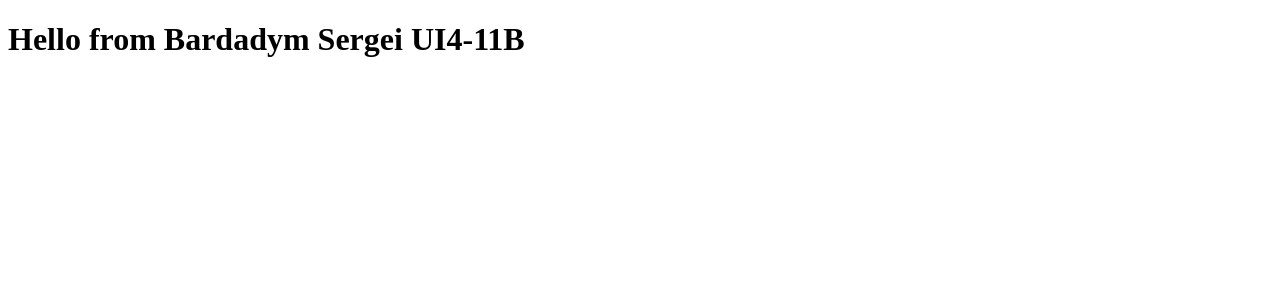
Repository: ktilab/kti-infrastructure
Page: html/index.html
The author's editor kept a copy of each file at every save. The page is drawn from the files as they stood at one save, then again after the next save.
The browser window is 1280 px wide. The pictures show the whole page.

Above is the page before, as saved 2022-12-02 18:26:02.

### html/index.html
<!DOCTYPE html>
<html lang="en">
    <head>
        <meta charset="UTF-8">
        <title>Hello!</title>
    </head>
    <body>
        <h1>Hello from Bardadym Sergei UI4-11B</h1>
    </body>
</html>

After the next save:
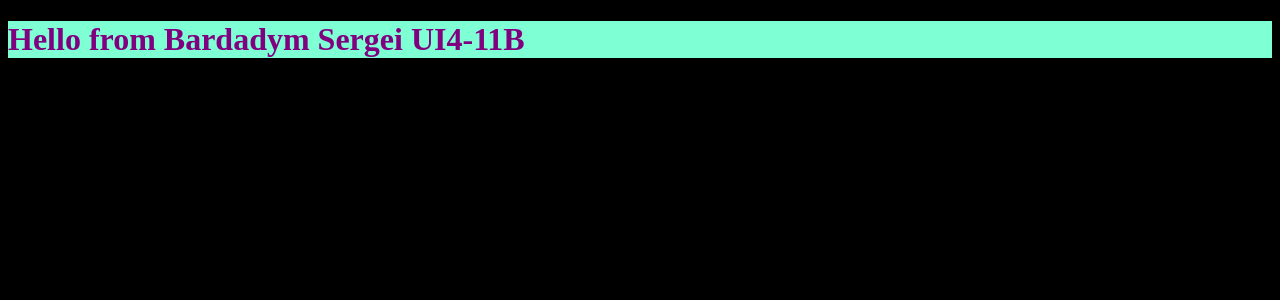
Saved 6 min 55 s later.
--- a/html/index.html
+++ b/html/index.html
@@ -1,10 +1,19 @@
 <!DOCTYPE html>
 <html lang="en">
     <head>
+        <style type="text/css">
+            * {
+                background-color: black;
+            h1
+            {
+                background-color: orange;
+                color: purple;
+            }
+        </style>
         <meta charset="UTF-8">
         <title>Hello!</title>
     </head>
     <body>
-        <h1>Hello from Bardadym Sergei UI4-11B</h1>
+        <h1 style = 'background-color: aquamarine;'>Hello from Bardadym Sergei UI4-11B</h1>
     </body>
 </html>
